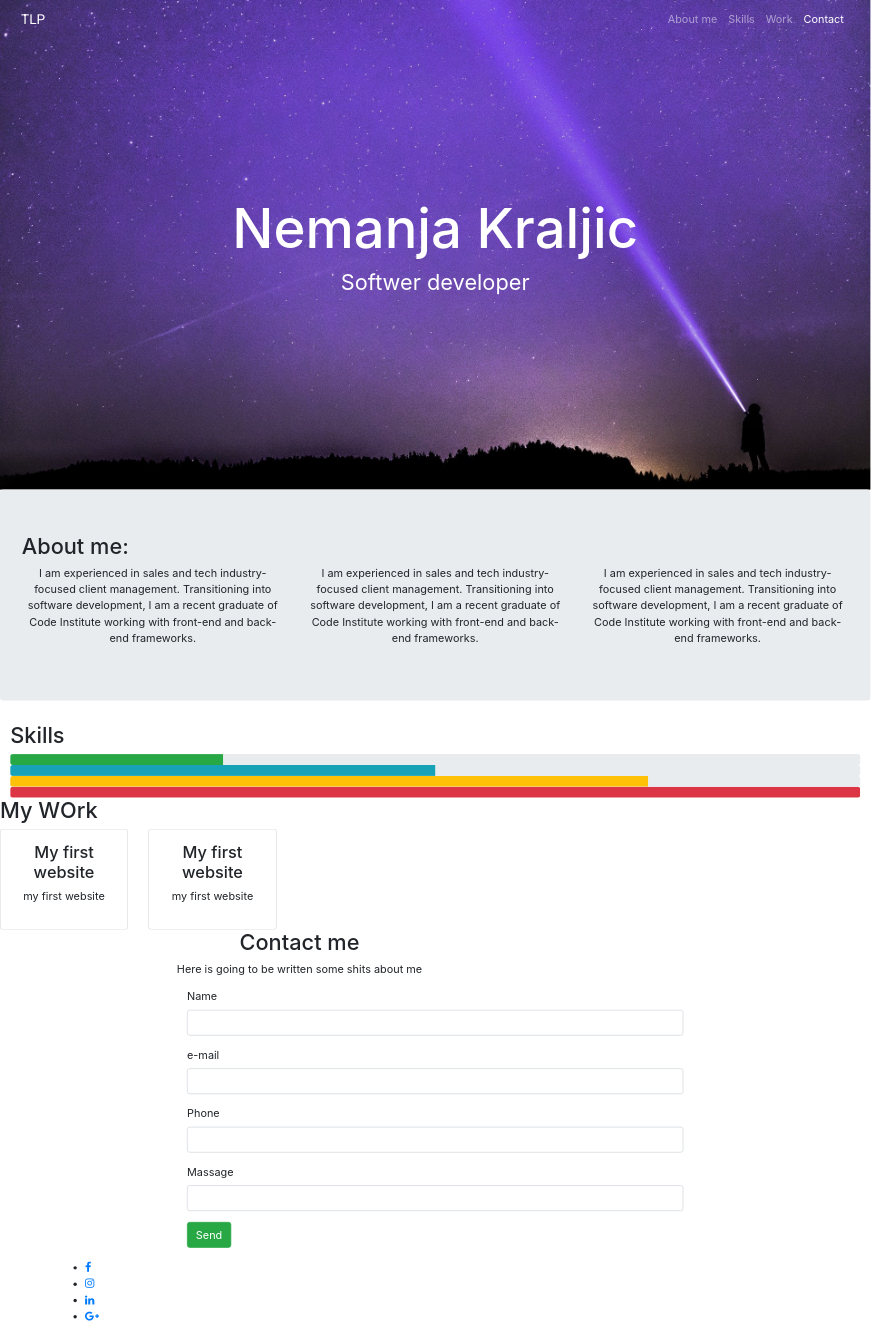
Repository: Kraljiccar/User-Centric-Frontend-Development-Milestone-Project
Page: index.html
The author's editor kept a record of every edit. The page is drawn from the files as they stood at one moment, then again after the next edit.
The browser window is 1280 px wide. The page is 1295 px wide, so the pictures cover 1295 px, including what lies to the right of the window. The pictures show the whole page, at 68% of full size.
Backgrounds fixed to the window are drawn as part of the page.

Above is the page before.

### index.html
<!DOCTYPE html>
<html lang="en-US">

<head>
    <meta charset="UTF-8">
    <meta name="viewport" content="width=device-width, initial-scale=1.0">
    <meta http-equiv="X-UA-Compatible" content="ie=edge">
    <link rel="stylesheet" href="./assets/css/style.css" type="text/css" />
    <link rel="stylesheet" href="https://stackpath.bootstrapcdn.com/bootstrap/4.3.1/css/bootstrap.min.css" integrity="sha384-ggOyR0iXCbMQv3Xipma34MD+dH/1fQ784/j6cY/iJTQUOhcWr7x9JvoRxT2MZw1T" crossorigin="anonymous">
    <link rel="stylesheet" href="https://stackpath.bootstrapcdn.com/font-awesome/4.7.0/css/font-awesome.min.css" type="text/css" />

    <title>Nemanja Kraljic</title>
</head>

<body data-spy="scroll" data-target="#menu">

    <!-----Home section------>

    <div id="home">

        <!-----NAV------>

        <nav class="navbar navbar-dark navbar-expand-md fixed-top">
            <div class="container-fluid">
                <a class="navbar-brand">TLP</a>
                <button class="navbar-toggler" type="button" data-toggle="collapse" data-targer="#menu">
               <span class="navbar-toggler-icon"></span>
           </button>
                <div class="collapse navbar-collapse" id="menu">
                    <ul class="navbar-nav ml-auto">
                        <li class="nav-item">
                            <a class="nav-link" href="#about">About me</a>
                        </li>
                        <li class="nav-item">
                            <a class="nav-link" href="#skills">Skills</a>
                        </li>
                        <li class="nav-item">
                            <a class="nav-link" href="#work">Work</a>
                        </li>
                        <li class="nav-item">
                            <a class="nav-link" href="#contact">Contact</a>
                        </li>


                    </ul>
                </div>
            </div>

        </nav>

        <!-----Home page------>

        <div class="landing">
            <div class="home-wrap">
                <div class="home-inner">

</div>

                </div>


            <div class="caption center-block text-center">
                <h2>Nemanja Kraljic</h2>
                <p>Softwer developer</p>
            </div>

    </div>

    <!------about------->
    <div id="about">
        <div class="jumbotron">

            <h2 class="heading">About me:</h2>

            <div class="row">

                <div class="col-md-4 text-center">
                    <p>I am experienced in sales and tech industry-focused client management. Transitioning into software development, I am a recent graduate of Code Institute working with front-end and back-end frameworks.</p>
                </div>

                <div class="col-md-4 text-center">
                    <p>I am experienced in sales and tech industry-focused client management. Transitioning into software development, I am a recent graduate of Code Institute working with front-end and back-end frameworks.</p>
                </div>

                <div class="col-md-4 text-center">
                    <p>I am experienced in sales and tech industry-focused client management. Transitioning into software development, I am a recent graduate of Code Institute working with front-end and back-end frameworks.</p>
                </div>

            </div>

        </div>
        <!---end of jumbo----->
    </div>


    <!---Skills----->

    <div id="skills">
        <div class="container-fluid padding">
            <h2 class="heading">Skills</h2>
            <div class="progress">
                <div class="progress-bar bg-success" role="progressbar" style="width: 25%" aria-valuenow="25" aria-valuemin="0" aria-valuemax="100"></div>
            </div>
            <div class="progress">
                <div class="progress-bar bg-info" role="progressbar" style="width: 50%" aria-valuenow="50" aria-valuemin="0" aria-valuemax="100"></div>
            </div>
            <div class="progress">
                <div class="progress-bar bg-warning" role="progressbar" style="width: 75%" aria-valuenow="75" aria-valuemin="0" aria-valuemax="100"></div>
            </div>
            <div class="progress">
                <div class="progress-bar bg-danger" role="progressbar" style="width: 100%" aria-valuenow="100" aria-valuemin="0" aria-valuemax="100"></div>
            </div>
        </div>



    </div>


    <!---work---->

    <div id="work">
        <h2 class="header">My WOrk</h2>

        <div class="row padding">
            <div class="col-md-2">
                <div class="card text-center">

                    <div class="card-body">
                        <h4>My first website</h4>
                        <p>my first website</p>
                    </div>
                </div>
            </div>
            <div class="col-md-2">
                <div class="card text-center">
                    <div class="card-body">
                        <h4>My first website</h4>
                        <p>my first website</p>
                    </div>
                </div>
            </div>
        </div>
    </div>

    <div id="contact">
         <div class="container">
      <div class="row">
        <div class="offset-sm-2 col-sm8">
          <div class="headerText text-center">
            <h2>Contact me</h2>
            <p>Here is going to be written some shits about me</p>
          </div>
        </div>
      </div>
      <div class="row clearfix">
        <div class="offset-sm-2 col-sm-8">
          <form>
            <div class="form-group">
              <label>Name</label>
              <input type="text" name="" class="form-control">
            </div>
            <div class="form-group">
              <label>e-mail</label>
              <input type="text" name="" class="form-control">
            </div>
            <div class="form-group">
              <label>Phone</label>
              <input type="text" name="" class="form-control">
            </div>
            <div class="form-group">
              <label>Massage</label>
              <input type="textarea" name="" class="form-control">
            </div>
            <div class="form-group">
              <buttonbutton type="button" class="btn btn-success">Send</button>

            </div>
          </form>
        </div>
      </div>
    </div>

    </div>
<footer>
    <div class="container">
      <div class="row">
        <div class="col-sm-12">
          <ul class="sci">
            <li><a href="#"><i class="fa fa-facebook"></i></a>
            </li>
            <li><a href="#"><i class="fa fa-instagram"></i></a>
            </li>
            <li><a href="#"><i class="fa fa-linkedin"></i></a>
            </li>
            <li><a href="#"><i class="fa fa-google-plus"></i></a>
            </li>
          </ul>
        </div>
      </div>
    </div>
  </footer>






    <!-----Script---->
    <script src="https://code.jquery.com/jquery-3.3.1.slim.min.js" integrity="sha384-q8i/X+965DzO0rT7abK41JStQIAqVgRVzpbzo5smXKp4YfRvH+8abtTE1Pi6jizo" crossorigin="anonymous"></script>
    <script src="https://cdnjs.cloudflare.com/ajax/libs/popper.js/1.14.7/umd/popper.min.js" integrity="sha384-UO2eT0CpHqdSJQ6hJty5KVphtPhzWj9WO1clHTMGa3JDZwrnQq4sF86dIHNDz0W1" crossorigin="anonymous"></script>
    <script src="https://stackpath.bootstrapcdn.com/bootstrap/4.3.1/js/bootstrap.min.js" integrity="sha384-JjSmVgyd0p3pXB1rRibZUAYoIIy6OrQ6VrjIEaFf/nJGzIxFDsf4x0xIM+B07jRM" crossorigin="anonymous"></script>
</body>

</html>

### assets/css/style.css
@import url('https://fonts.googleapis.com/css?family=Roboto:400,700&display=swap');
body {
    padding:0;
    margin: 0;
}

.navbar-brand {
  font-family: Roboto, sans-serif;
  color: #fff;
}

.navbar {
  color: #fff;
  background-color: transparent;
  transform: uppercase;
}
.home-inner {
  height: 100vh;
  width:100%;
  background-image: url("../images/night.jpg");
  background-size: cover;
  background-position: center center;
  background-attachment: fixed;
}

.caption {
  width: 100%;
  max-width: 100%;
  position: absolute;
  top:40%;
  z-index: 1
}

.caption h2 {
  color:#fff;
  font-size: 5rem;


}

.caption p {
  color:#fff;
  font-size: 2rem;

}

After the next edit:
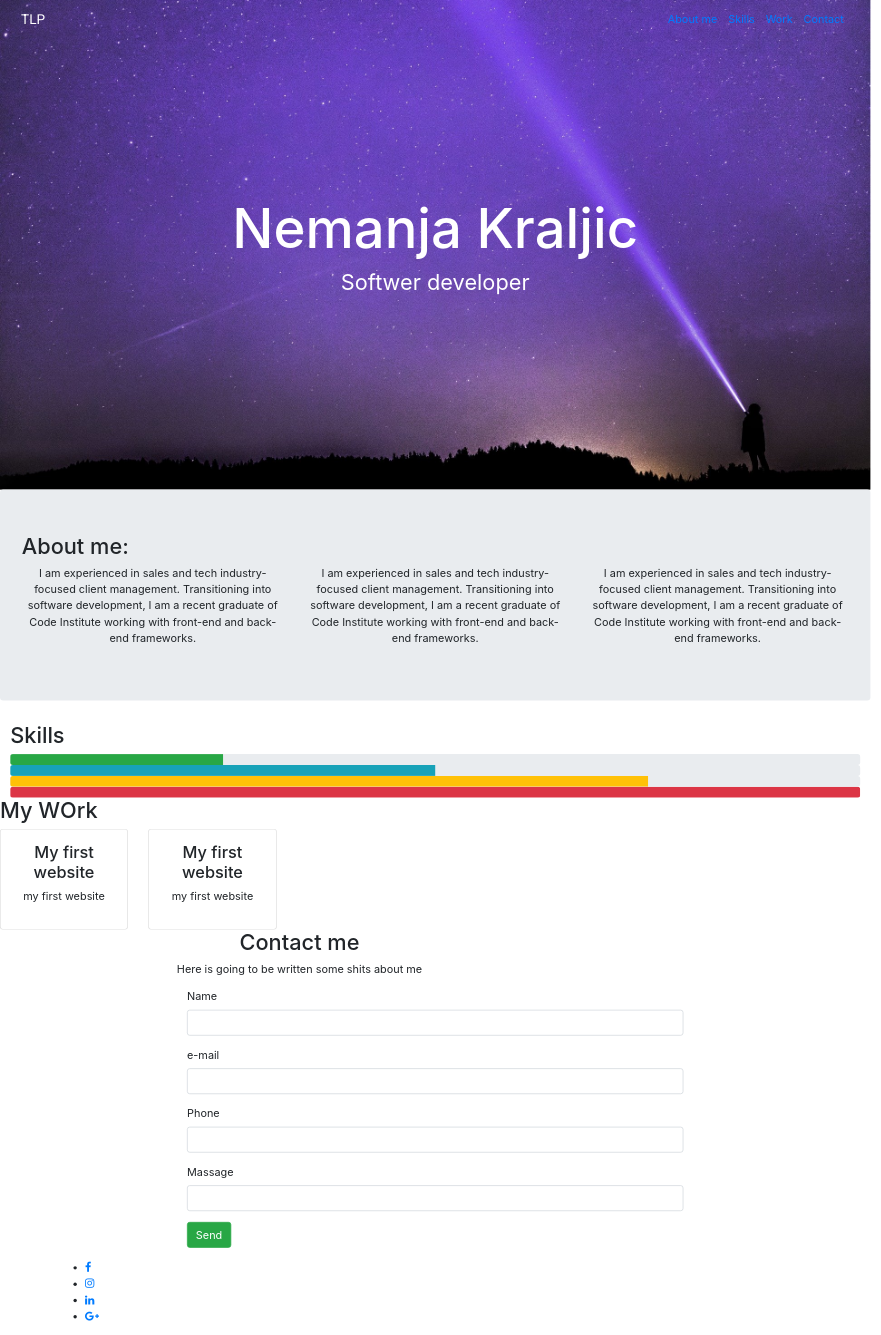
The edit:
--- a/index.html
+++ b/index.html
@@ -20,7 +20,7 @@
 
         <!-----NAV------>
 
-        <nav class="navbar navbar-dark navbar-expand-md fixed-top">
+        <nav class="navbar navbar-expand-md fixed-top">
             <div class="container-fluid">
                 <a class="navbar-brand">TLP</a>
                 <button class="navbar-toggler" type="button" data-toggle="collapse" data-targer="#menu">
